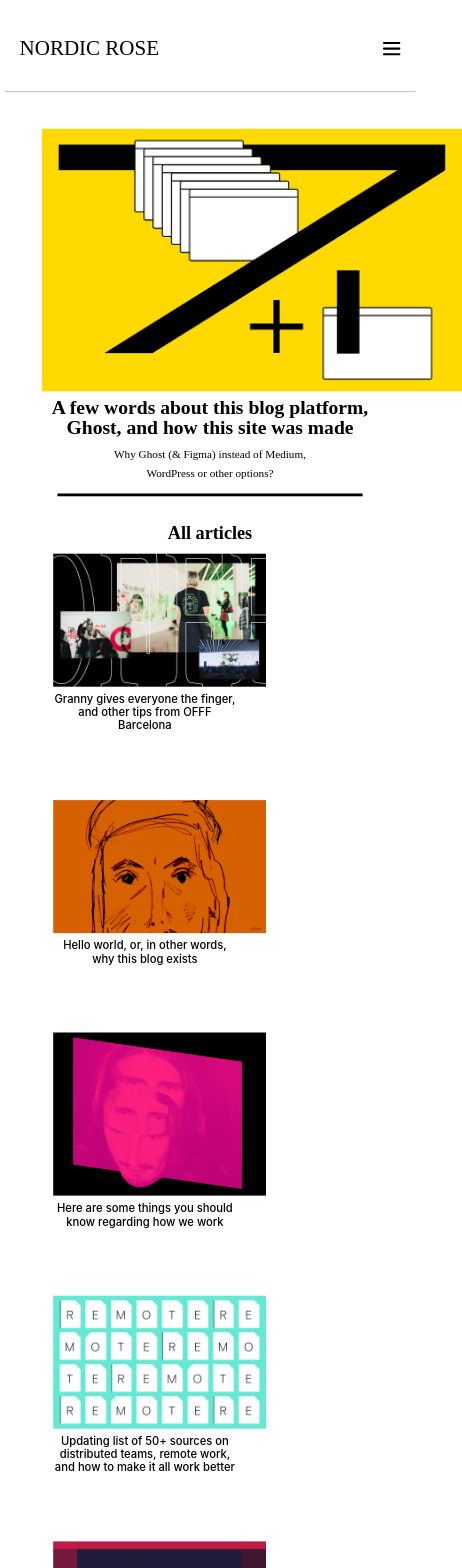
Repository: ThuTrang-jvb/JVB-BT1
Page: Page 2/listing.html
The author's editor kept a copy of each file at every save. The page is drawn from the files as they stood at one save, then again after the next save.
The browser window is 600 px wide. The page is 660 px wide, then 624 px, so the pictures cover 660 px, including what lies to the right of the window. The pictures show the part of the page from y = 0 to 2240 px (the page is 3333 px tall before and 3229 px after), at 70% of full size.

Above is the page before, as saved 2025-06-26 15:16:01.

After the next save:
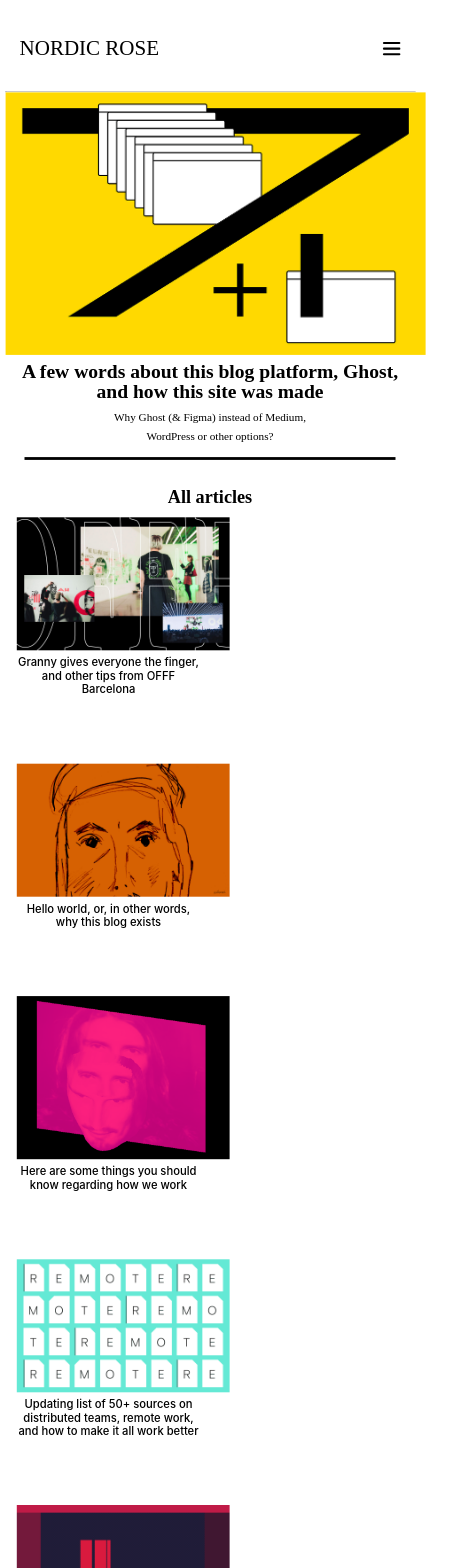
Saved 4 s later.
--- a/Page 2/styleListing.css
+++ b/Page 2/styleListing.css
@@ -203,7 +203,7 @@ hr {
     }
 
     .main {
-        padding: 52px;
+        padding:  0 0 0;
     }
 
     .title img {
